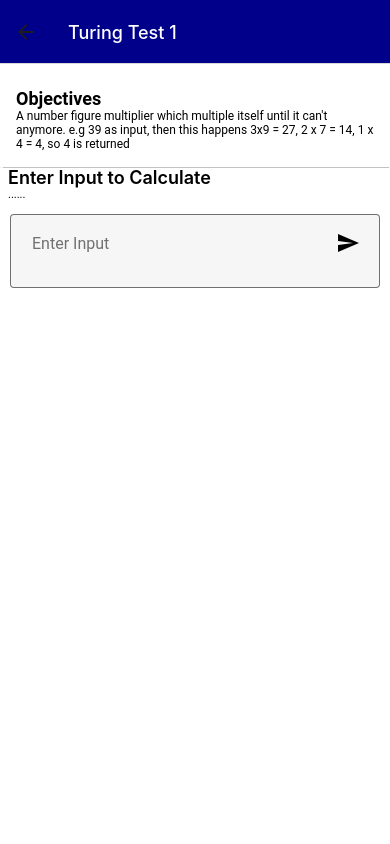
Repository: seyicoded/rn-crazy-algorithm-app
Screen: /TuringTest1
These files come from the project's save history. The screen is drawn as it stood at one moment and after a run of saves; the edit follows.
The app was drawn by React Native's web renderer in a window 390 px wide. The project was rebuilt for these pictures with package versions that can differ from the ones it lists, and the page was loaded fresh each time. Also part of the build but not shown: src/screens/sort.js, src/screens/filter.js, src/screens/advance.js, src/screens/sorts/Sort_simple_number.js, src/screens/sorts/Sort_alphabet.js, src/screens/filters/Filter_simple_number.js, src/screens/advance/Advance_number.js, src/screens/advance/Multiplier_number.js.

Above is the screen before, as saved 2022-04-01 23:05:40.

After the next 2 saves:
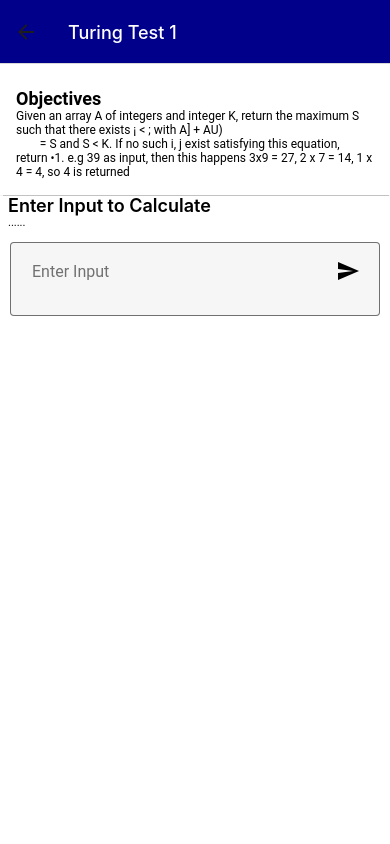
The 2 saves are shown as one change because 1 did not build or start.
The last was saved 4 min 7 s later.
--- a/src/screens/advance/TuringTest1.js
+++ b/src/screens/advance/TuringTest1.js
@@ -74,7 +74,8 @@ export default function TuringTest1() {
                         <Text style={{fontWeight: '600', fontSize: 18}}>Objectives</Text>
                         <Text />
                         <Text style={{fontSize: 12}}>
-                            A number figure multiplier which multiple itself until it can't anymore.
+                            {`Given an array A of integers and integer K, return the maximum S such that there exists ¡ < ; with A] + AU)
+        = S and S < K. If no such i, j exist satisfying this equation, return •1.`}
                             <Text> e.g 39 as input, then this happens 3x9 = 27, 2 x 7 = 14, 1 x 4 = 4, so 4 is returned </Text>
                         </Text>
                     </View>
